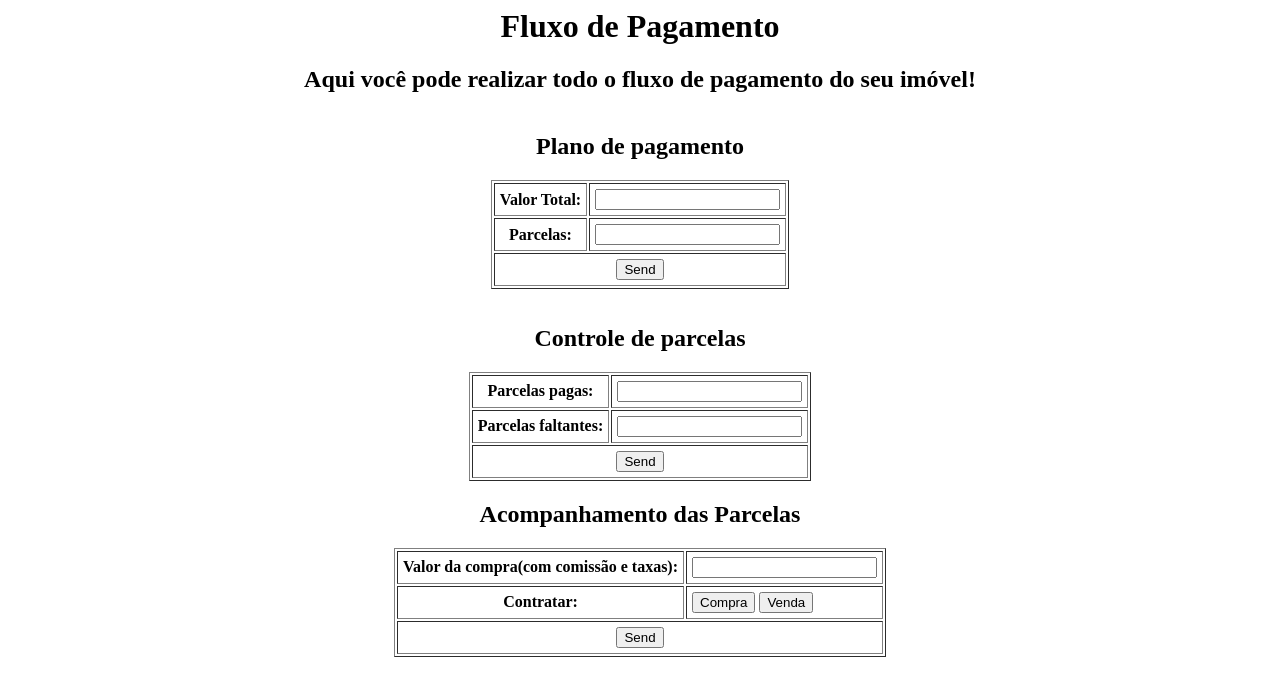
Repository: GGMatheus/PCS3643-Eng-Soft
Page: http://localhost/iMude/WEB-INF/paymentFlow.jsp
An editor plug-in stored every save of this project. The page is shown before and after the next save, followed by the edit.
The browser window is 1280 px wide. The pictures show the whole page.
The page is served by Tomcat 9. Nobody is signed in. The template is opened directly, without the code that normally fills it, so the values that code supplies are empty.

Above is the page before, as saved 2019-11-29 20:04:43.

After the next save:
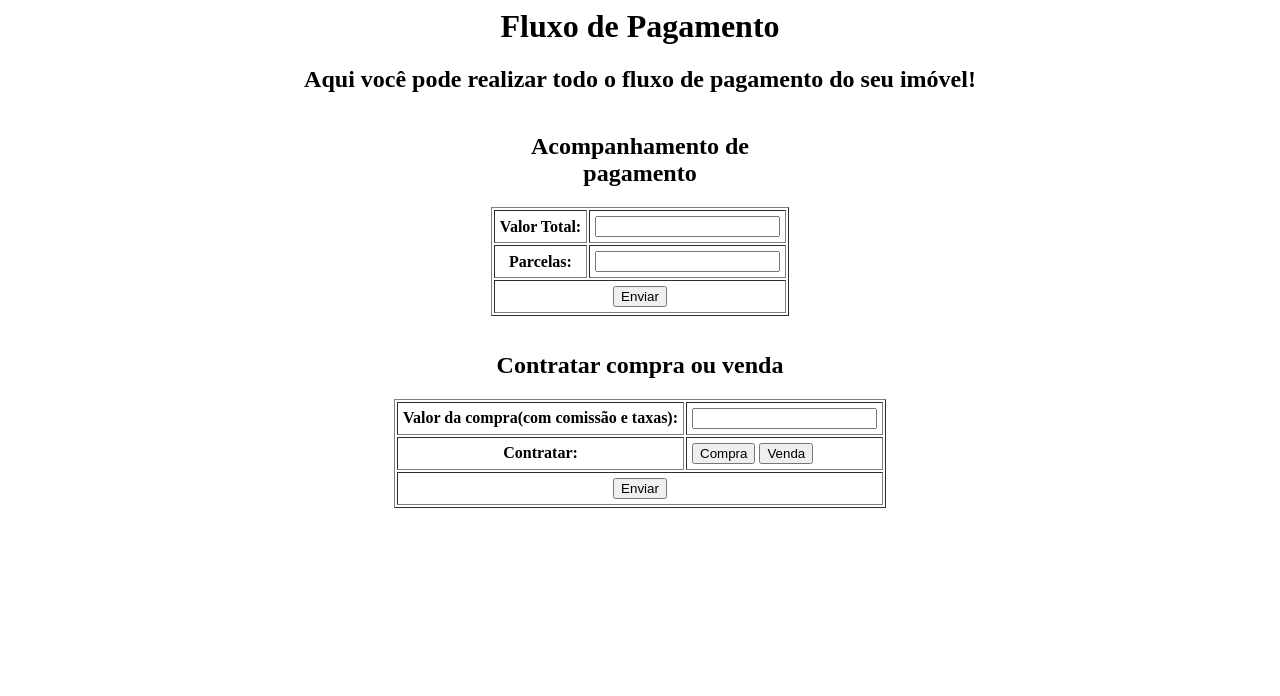
Saved 5 min 54 s later.
--- a/iMude/WebContent/WEB-INF/paymentFlow.jsp
+++ b/iMude/WebContent/WEB-INF/paymentFlow.jsp
@@ -26,7 +26,7 @@
             <caption>
             	<h2>
             		<c:if test="${user == null}"><div align="center">
-            			Plano de pagamento
+            			Acompanhamento de pagamento
             		</c:if>
             	</h2>
             </caption>
@@ -51,7 +51,7 @@
             </tr>
             <tr>
             	<td colspan="2" align="center">
-            		<input type="submit" value="Send" />
+            		<input type="submit" value="Enviar" />
             	</td>
             </tr>
         </table>
@@ -62,43 +62,7 @@
             <caption>
             	<h2>
             		<c:if test="${user == null}"><div align="center">
-            			Controle de parcelas
-            		</c:if>
-            	</h2>
-            </caption>
-        		<c:if test="${user != null}">
-        			<input type="hidden" name="id" value="<c:out value='${user.id}' />" />
-        		</c:if>
-            <tr>
-                <th>Parcelas pagas: </th>
-                <td>
-                	<input type="number" name="price" size="45"
-                			value="<c:out value='${visita.price}' />"
-                		/>
-                </td>
-            </tr>
-            <tr>
-                <th>Parcelas faltantes: </th>
-                <td>
-                	<input type="number" name="price" size="45"
-                			value="<c:out value='${visita.price}' />"
-                		/>
-                </td>
-            </tr>
-            <tr>
-            	<td colspan="2" align="center">
-            		<input type="submit" value="Send" />
-            	</td>
-            </tr>
-        </table>
-        </form>
-    </div>
-    <div align="center">
-        <table border="1" cellpadding="5">
-            <caption>
-            	<h2>
-            		<c:if test="${user == null}"><div align="center">
-            			Acompanhamento das Parcelas
+            			Contratar compra ou venda
             		</c:if>
             	</h2>
             </caption>
@@ -122,11 +86,12 @@
             </tr>
             <tr>
             	<td colspan="2" align="center">
-            		<input type="submit" value="Send" />
+            		<input type="submit" value="Enviar" />
             	</td>
             </tr>
         </table>
         </form>
     </div>
+
 </body>
 </html>
